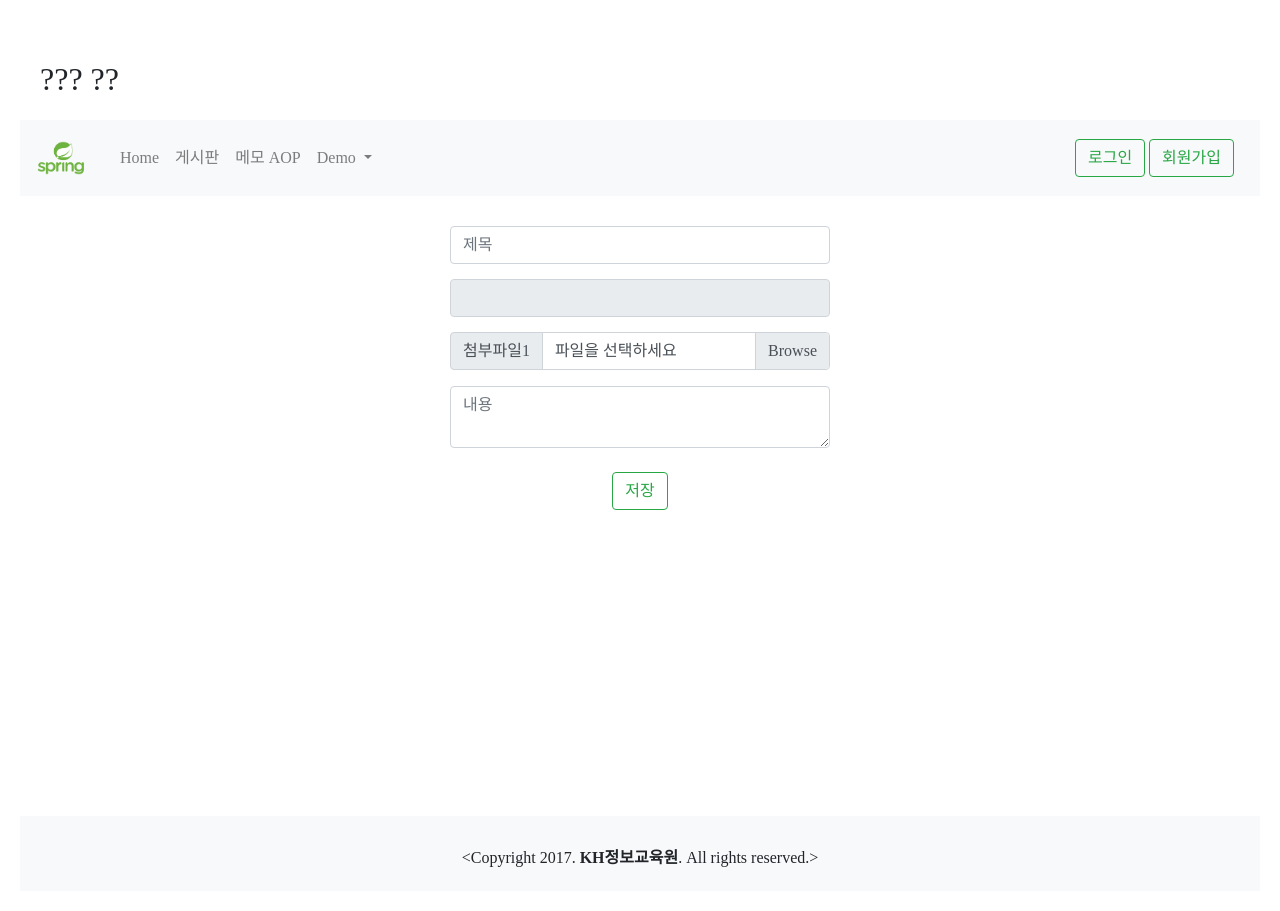
Repository: jinhak94/khspring
Page: http://localhost/hello-spring/WEB-INF/views/board/boardForm.jsp
These files come from the project's save history. The page is drawn as it stood at one moment and after the next save; the edit follows.
The browser window is 1280 px wide. The pictures show the whole page.
The page is served by Tomcat 9. Nobody is signed in. Other server files are loaded and not shown. The template is opened directly, without the code that normally fills it, so the values that code supplies are empty.

Above is the page before, as saved 2021-04-27 01:19:00.

### spring_workspace/hello-spring/src/main/webapp/WEB-INF/views/board/boardForm.jsp
<%@ page language="java" contentType="text/html; charset=UTF-8"
    pageEncoding="UTF-8"%>
<%@ taglib prefix="c" uri="http://java.sun.com/jsp/jstl/core"%>
<%@ taglib prefix="fmt" uri="http://java.sun.com/jsp/jstl/fmt"%>
<%@ taglib prefix="fn" uri="http://java.sun.com/jsp/jstl/functions"%>
<jsp:include page="/WEB-INF/views/common/header.jsp">
	<jsp:param value="게시글 작성" name="title"/>
</jsp:include>
<style>
div#board-container{width:400px; margin:0 auto; text-align:center;}
div#board-container input{margin-bottom:15px;}
/* 부트스트랩 : 파일라벨명 정렬*/
div#board-container label.custom-file-label{text-align:left;}

</style>
<script>
/* textarea에도 required속성을 적용가능하지만, 공백이 입력된 경우 대비 유효성검사를 실시함. */
function boardValidate(){
	var $content = $("[name=content]");
	if(/^(.|\n)+$/.test($content.val()) == false){
		alert("내용을 입력하세요");
		return false;
	}
	return true;
}

$(() => {
	   $("[name=upFile]").change(e => {
	      //this 접근불가 무조건 e.target으로 접근
	      var $file = $(e.target); //input[type=file]
	      //파일속성이 배열 [0] 0번지
	      var f = $file.prop("files")[0]; //file객체
	      //console.log($file, f);
	      var $label = $file.next(".custom-file-label");

	      if(f === undefined)
	         $lable.text("파일을 선택하세요");
	      else
	         $label.text(f.name);
	   });

	});

</script>
<div id="board-container">
	<form name="boardFrm" action="${pageContext.request.contextPath}/board/boardEnroll.do"
	method="post"
	enctype="multipart/form-data"
	onsubmit="return boardValidate();">
		<input type="text" class="form-control" placeholder="제목" name="title" id="title" required>
		<input type="text" class="form-control" name="memberId" value="${loginMember.id}" readonly required>
		<!-- input:file소스 : https://getbootstrap.com/docs/4.1/components/input-group/#custom-file-input -->
		<div class="input-group mb-3" style="padding:0px;">
		  <div class="input-group-prepend" style="padding:0px;">
		    <span class="input-group-text">첨부파일1</span>
		  </div>
		  <div class="custom-file">
		    <input type="file" class="custom-file-input" name="upFile" id="upFile1" >
		    <label class="custom-file-label" for="upFile1">파일을 선택하세요</label>
		  </div>
		</div>

	    <textarea class="form-control" name="content" placeholder="내용" required></textarea>
		<br />
		<input type="submit" class="btn btn-outline-success" value="저장" >
	</form>
</div>
<jsp:include page="/WEB-INF/views/common/footer.jsp"></jsp:include>

### spring_workspace/hello-spring/src/main/webapp/WEB-INF/views/common/header.jsp
<%@ page language="java" contentType="text/html; charset=UTF-8"
    pageEncoding="UTF-8"%>
<%@ taglib prefix="c" uri="http://java.sun.com/jsp/jstl/core"%>
<!DOCTYPE html>
<html>
<head>
<meta charset="UTF-8">
<title>${param.title}</title>

<script src="http://code.jquery.com/jquery-latest.min.js"></script>

<!-- bootstrap js: jquery load 이후에 작성할것.-->
<script src="https://cdnjs.cloudflare.com/ajax/libs/popper.js/1.14.3/umd/popper.min.js" integrity="sha384-ZMP7rVo3mIykV+2+9J3UJ46jBk0WLaUAdn689aCwoqbBJiSnjAK/l8WvCWPIPm49" crossorigin="anonymous"></script>
<script src="https://stackpath.bootstrapcdn.com/bootstrap/4.1.3/js/bootstrap.min.js" integrity="sha384-ChfqqxuZUCnJSK3+MXmPNIyE6ZbWh2IMqE241rYiqJxyMiZ6OW/JmZQ5stwEULTy" crossorigin="anonymous"></script>

<!-- bootstrap css -->
<link rel="stylesheet" href="https://stackpath.bootstrapcdn.com/bootstrap/4.1.0/css/bootstrap.min.css" integrity="sha384-9gVQ4dYFwwWSjIDZnLEWnxCjeSWFphJiwGPXr1jddIhOegiu1FwO5qRGvFXOdJZ4" crossorigin="anonymous">

<!-- 사용자작성 css -->
<link rel="stylesheet" href="${pageContext.request.contextPath }/resources/css/style.css" />

<%-- RedirectAttributes.addFlashAttribute의 저장된 속성값 사용(1회용) --%>
<c:if test="${not empty msg}">
<script>
alert("${msg}");
</script>
</c:if>
</head>
<body>
<div id="container">
	<header>
		<div id="header-container">
			<h2>${param.title}</h2>
		</div>
		<!-- https://getbootstrap.com/docs/4.0/components/navbar/ -->
		<nav class="navbar navbar-expand-lg navbar-light bg-light">
			<a class="navbar-brand" href="#">
				<img src="${pageContext.request.contextPath }/resources/images/logo-spring.png" alt="스프링로고" width="50px" />
			</a>
			<button class="navbar-toggler" type="button" data-toggle="collapse" data-target="#navbarNav" aria-controls="navbarNav" aria-expanded="false" aria-label="Toggle navigation">
				<span class="navbar-toggler-icon"></span>
		  	</button>
			<div class="collapse navbar-collapse" id="navbarNav">
				<ul class="navbar-nav mr-auto">
			    	<li class="nav-item"><a class="nav-link" href="${pageContext.request.contextPath}">Home</a></li>
                    <li class="nav-item"><a class="nav-link" href="${pageContext.request.contextPath}/board/boardList.do">게시판</a></li>
                    <li class="nav-item"><a class="nav-link" href="${pageContext.request.contextPath}/memo/memo.do">메모 AOP</a></li>
                    <!-- 데모메뉴 DropDown -->
                    <!--https://getbootstrap.com/docs/4.1/components/navbar/#supported-content-->
                    <li class="nav-item dropdown">
                        <a class="nav-link dropdown-toggle" href="#" id="navbarDropdown" role="button" data-toggle="dropdown" aria-haspopup="true" aria-expanded="false">
                            Demo
                        </a>
                        <div class="dropdown-menu" aria-labelledby="navbarDropdown">
                            <a class="dropdown-item" href="${pageContext.request.contextPath}/demo/devForm.do">Dev 등록</a>
                            <a class="dropdown-item" href="${pageContext.request.contextPath}/demo/devList.do">Dev 목록</a>
                        </div>
				    </li>
			    </ul>
			    <%-- 1. 로그인 하지 않은 경우 --%>
			    <c:if test="${loginMember == null}">
			    <button class="btn btn-outline-success my-2 my-sm-0" type="button" onclick="location.href='${pageContext.request.contextPath}/member/login.do';">로그인</button>
                &nbsp;
                <button class="btn btn-outline-success my-2 my-sm-0" type="button" onclick="location.href='${pageContext.request.contextPath}/member/memberEnroll.do';">회원가입</button>
				</c:if>
				<%-- 2. 로그인한 경우 --%>
				<c:if test="${loginMember != null}">
					<span><a href="${pageContext.request.contextPath}/member/memberDetail.do">${loginMember.name}</a>님, 안녕하세요.</span>
				    <button class="btn btn-outline-success my-2 my-sm-0" type="button" onclick="location.href='${pageContext.request.contextPath}/member/logout.do';">로그아웃</button>
				</c:if>

			 </div>
		</nav>
	</header>
	<section id="content">

### spring_workspace/hello-spring/src/main/webapp/WEB-INF/views/common/footer.jsp
<%@ page language="java" contentType="text/html; charset=UTF-8"
    pageEncoding="UTF-8"%>
<%@ taglib prefix="c" uri="http://java.sun.com/jsp/jstl/core"%>
<%@ taglib prefix="fmt" uri="http://java.sun.com/jsp/jstl/fmt"%>
<%@ taglib prefix="fn" uri="http://java.sun.com/jsp/jstl/functions"%>

	</section>
	<footer>
		<p>&lt;Copyright 2017. <strong>KH정보교육원</strong>. All rights reserved.&gt;</p>
	</footer>

</div>
</body>
</html>

### spring_workspace/hello-spring/src/main/webapp/resources/css/style.css
@CHARSET "UTF-8";
body {font-family:"휴먼모음T";}
div, section, header, aside, footer {padding:10px;}

/********** 전체컨테이너 **********/
div#container	{}

/********** header **********/
header div#header-container {height:100px;}
header div#header-container h2 	{margin:30px 10px 0px 10px;}


/********** content **********/
section#content		{min-height:600px;}


/********** footer **********/
footer	{background-color:#f8f9fa; background-clip:content-box; clear:both; height:95px; text-align:center;}
footer p 	{margin-top:30px;}

After the next save:
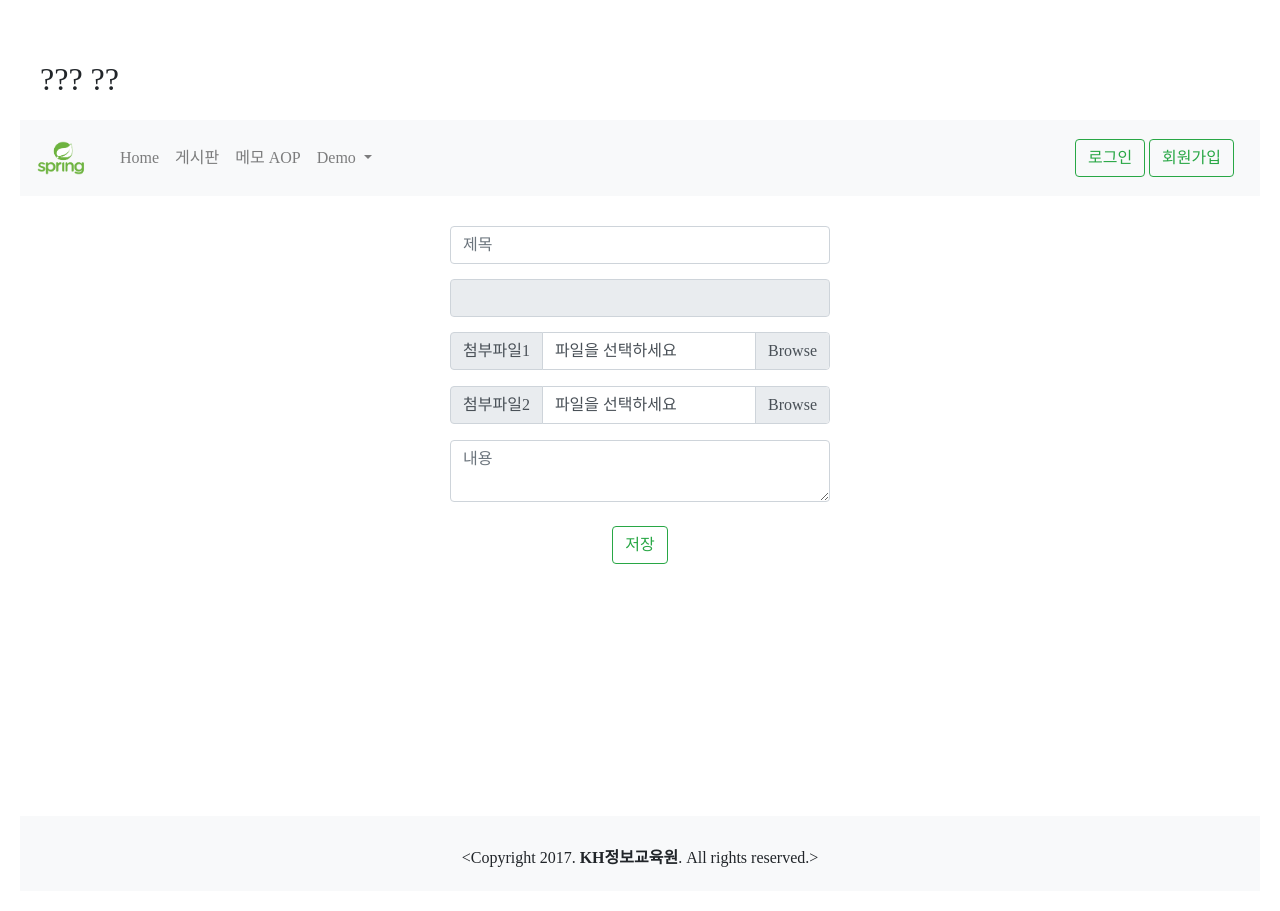
Saved 12 min 25 s later.
--- a/spring_workspace/hello-spring/src/main/webapp/WEB-INF/views/board/boardForm.jsp
+++ b/spring_workspace/hello-spring/src/main/webapp/WEB-INF/views/board/boardForm.jsp
@@ -59,7 +59,15 @@
 		    <label class="custom-file-label" for="upFile1">파일을 선택하세요</label>
 		  </div>
 		</div>
-
+		<div class="input-group mb-3" style="padding:0px;">
+		  <div class="input-group-prepend" style="padding:0px;">
+		    <span class="input-group-text">첨부파일2</span>
+		  </div>
+		  <div class="custom-file">
+		    <input type="file" class="custom-file-input" name="upFile" id="upFile2" >
+		    <label class="custom-file-label" for="upFile1">파일을 선택하세요</label>
+		  </div>
+		</div>
 	    <textarea class="form-control" name="content" placeholder="내용" required></textarea>
 		<br />
 		<input type="submit" class="btn btn-outline-success" value="저장" >
